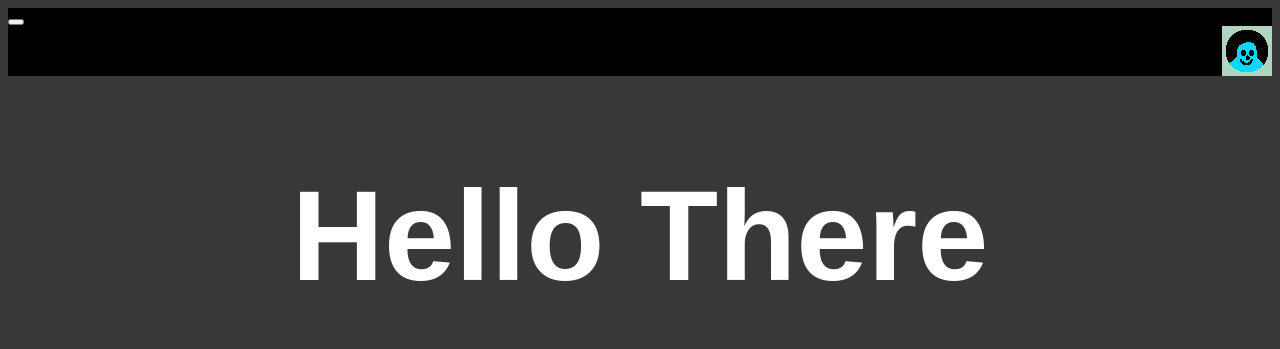
Repository: thecptwaffles/NeonWhiteAssetWebsite
Page: index.html
An editor plug-in stored every save of this project. The page is shown before and after the next save, followed by the edit.
The browser window is 1280 px wide. The pictures show the whole page.

Above is the page before, as saved 2022-07-01 14:33:06.

After the next save:
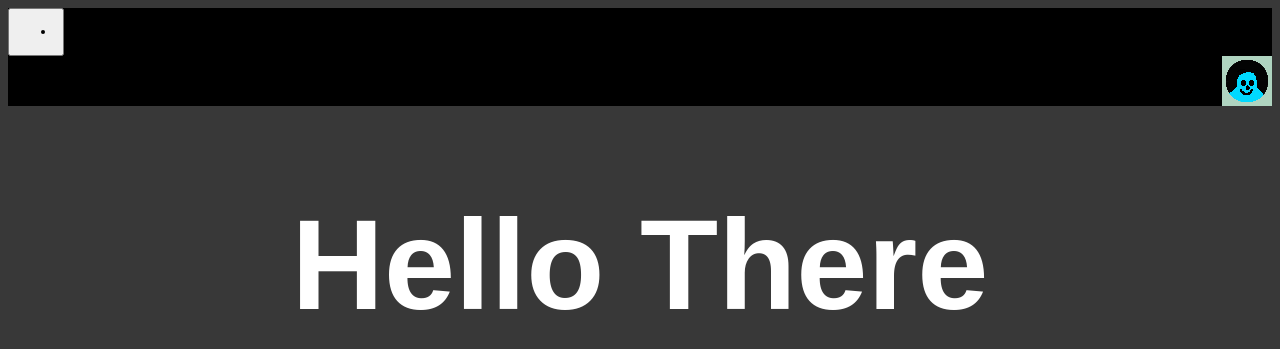
Saved 106 s later.
--- a/index.html
+++ b/index.html
@@ -12,11 +12,14 @@
 <body>
     <nav>
         <button class="dropdown">
-            <a href="" class="links"></a>
-            <a href="" class="links"></a>
-            <a href="" class="links"></a>
-            <a href="" class="links"></a>
-            <a href="" class="links"></a>
+            <ul>
+                <li><a href="" class="Link"></a>
+                    <a href="" class="Link"></a>
+                    <a href="" class="Link"></a>
+                    <a href="" class="Link"></a>
+                    <a href="" class="Link"></a>
+                </li>
+            </ul>
         </button>
         <div class="profileIcon">
             <img src="./profile.png" alt="Profile Icon">
